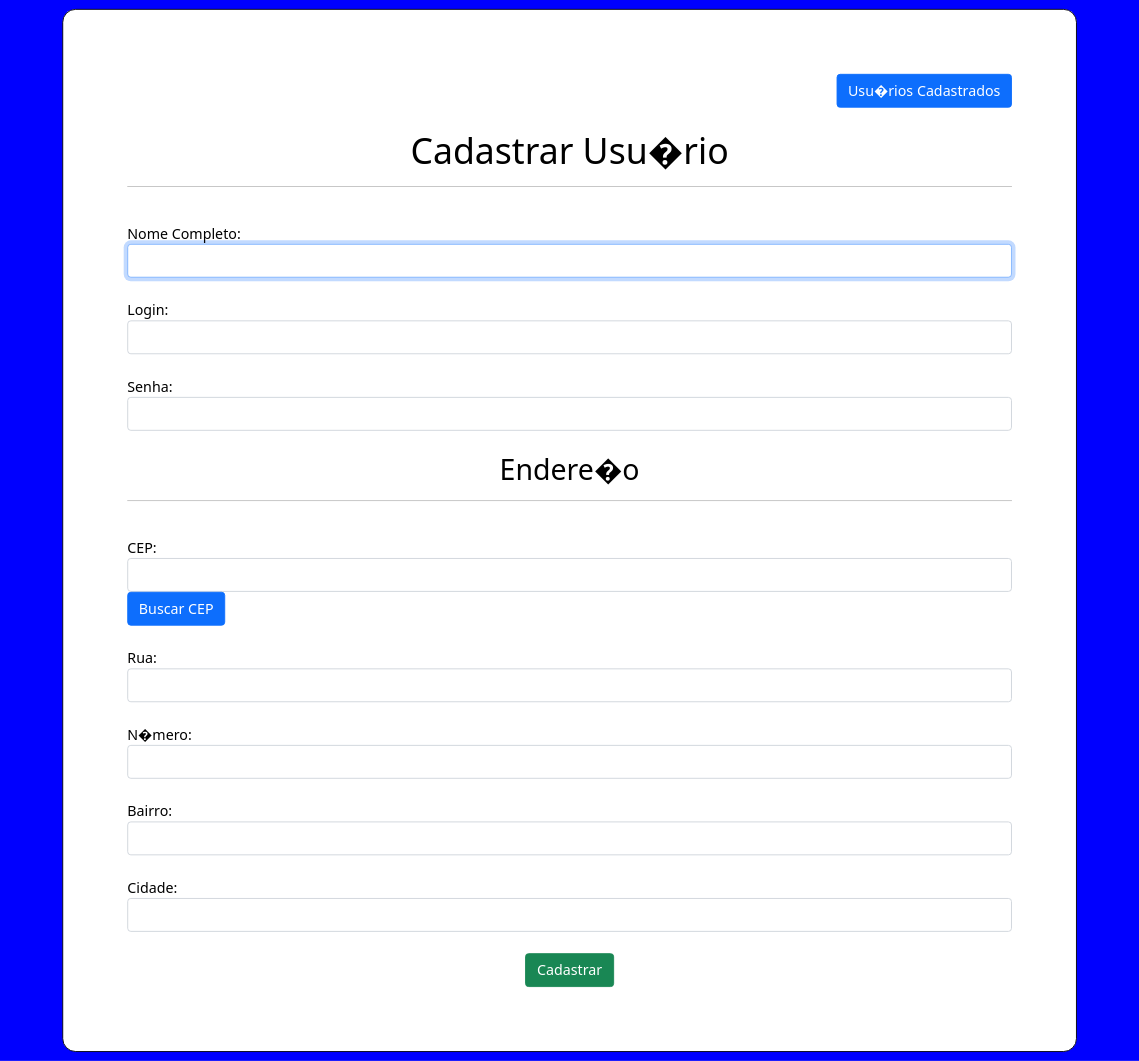
Repository: Magicianred/spring-mvc
Page: http://localhost/index
These files come from the project's save history. The page is drawn as it stood at one moment and after the next save; the edit follows.
The browser window is 1280 px wide. The pictures show the whole page, at 89% of full size.
The page is this project's Thymeleaf template; nobody is signed in. The template is opened directly, without the code that normally fills it, so the values that code supplies are empty.

Above is the page before, as saved 2021-01-13 02:01:45.

After the next save:
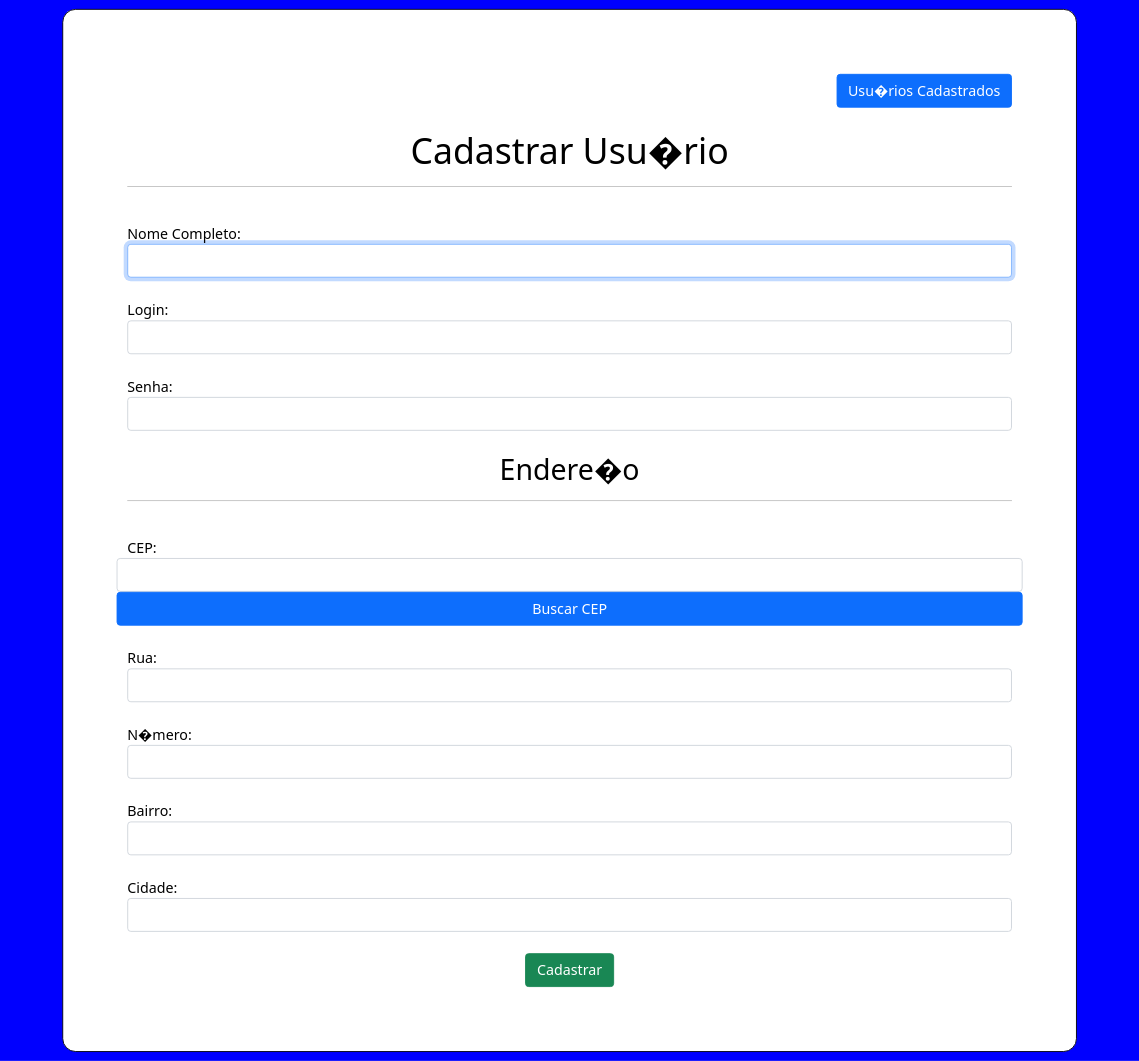
Saved 32 min 59 s later.
--- a/springmvc/src/main/resources/templates/index.html
+++ b/springmvc/src/main/resources/templates/index.html
@@ -39,7 +39,7 @@ xmlns:layout="http://www.ultraq.net.nz/thymeleaf/layout">
 
 		<h2 align="center">Endereço</h2>
 		<hr><br/>
-		<div class="form-group">
+		<div class="form-group row">
 			<label>CEP:</label> <br />
 			<input class="form-control" type="text" name="cep" id="cep" />
 			<button class="btn btn-primary" onclick="buscar()">Buscar CEP</button>
